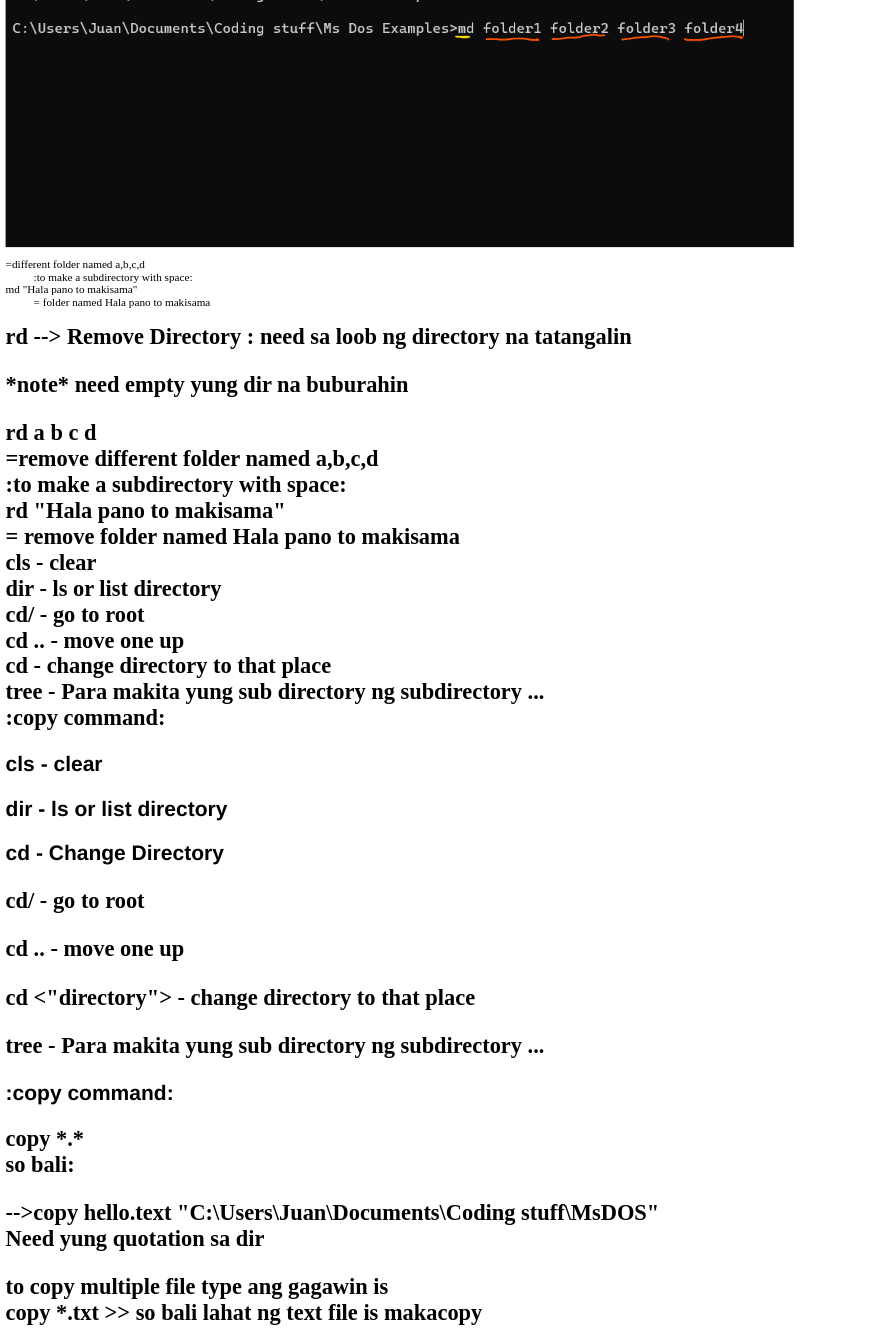
Repository: zwainer/Comprog
Page: index.html
An editor plug-in stored every save of this project. The page is shown before and after a run of saves, followed by the edit.
The browser window is 1280 px wide. The pictures show the part of the page from y = 4580 to 6500 px (the page is 6506 px tall before and 5943 px after), at 70% of full size.

Above is the page before, as saved 2023-05-06 00:09:38.

After the next 2 saves:
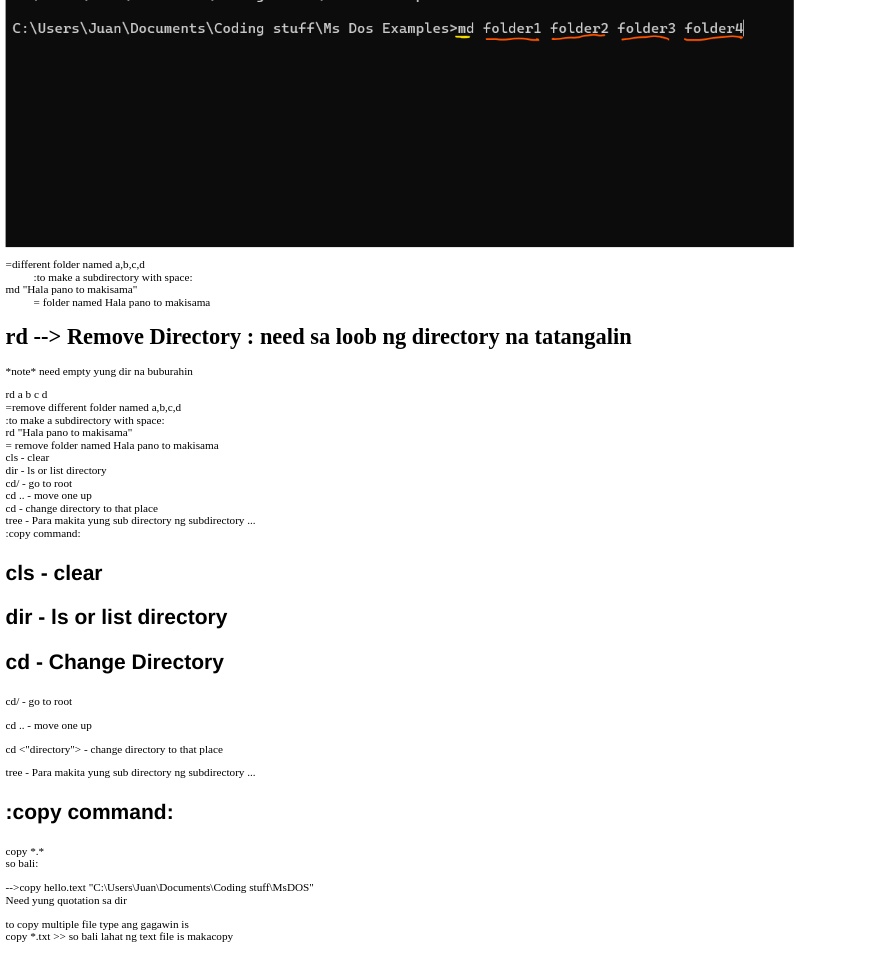
The 2 saves are shown as one change because they came seconds apart.
The last was saved 5 s later.
--- a/index.html
+++ b/index.html
@@ -113,7 +113,7 @@
 		<dd>= folder named Hala pano to makisama<br/></dd>
 </dl>
 
-<h1>rd --> Remove Directory : need sa loob ng directory na tatangalin<br/><h1>
+<h1>rd --> Remove Directory : need sa loob ng directory na tatangalin<br/></h1>
 
 
 	<p>
